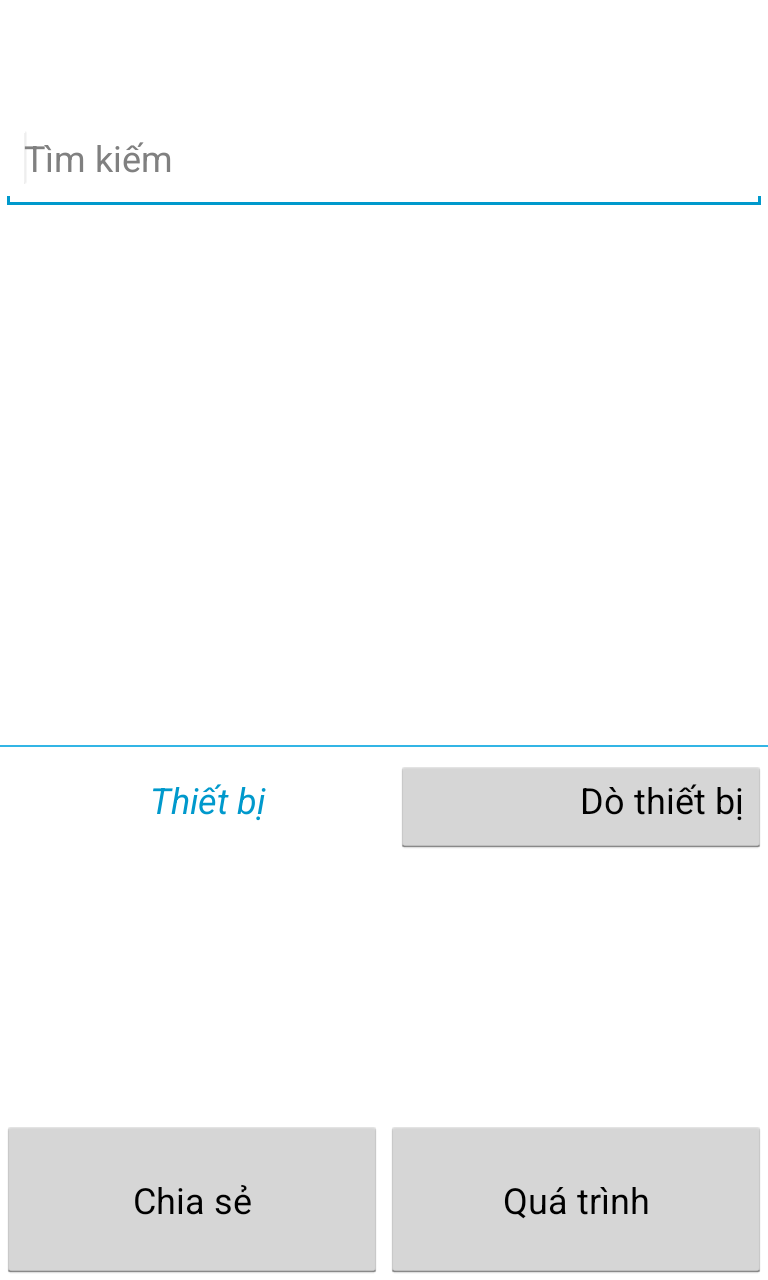
Repository: thinhnk55/android-appshare
Layout: ShareApp/res/layout/activity_main.xml
These files come from the project's save history. The layout is drawn as it stood at one moment and after the next save; the edit follows.
It is drawn on a 768 x 1280 px phone screen (xhdpi) without system bars, with theme AppTheme; the app's code is not run.

Above is the layout before, as saved 2014-07-17 15:51:16.

After the next save:
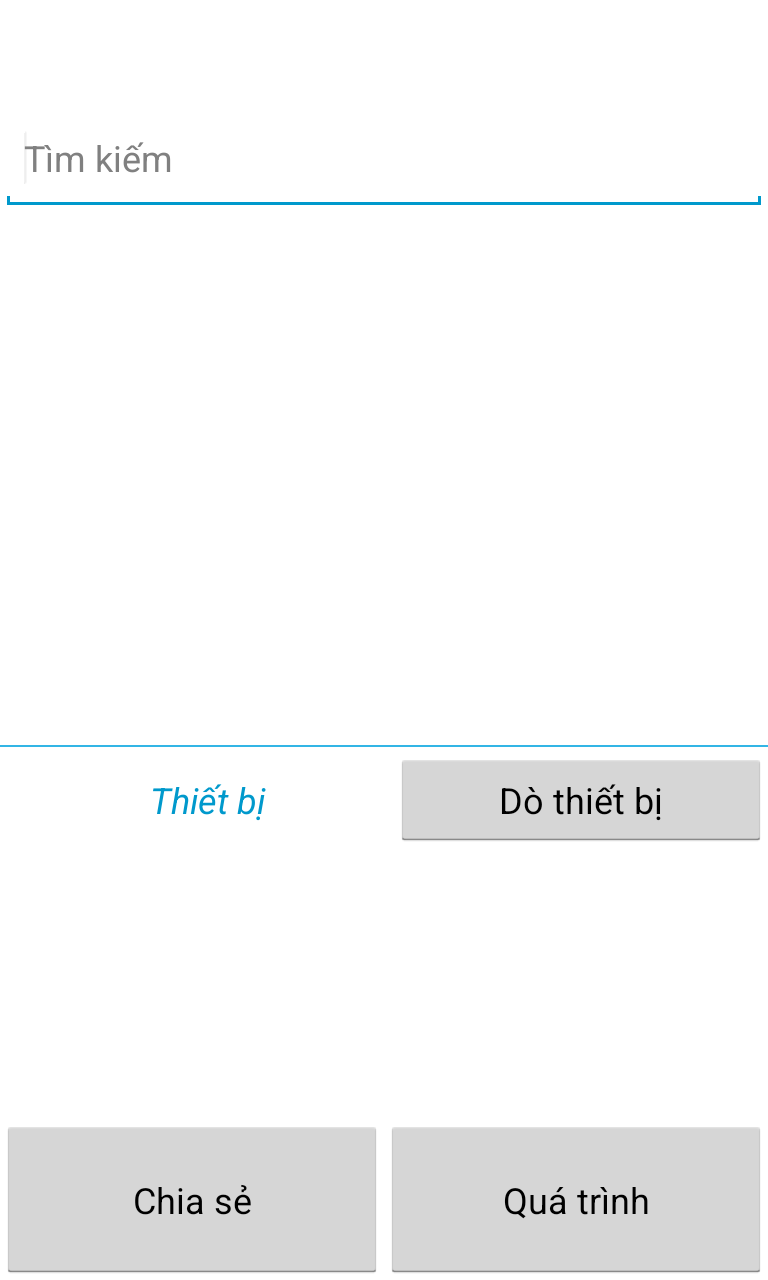
Saved 9 s later.
--- a/ShareApp/res/layout/activity_main.xml
+++ b/ShareApp/res/layout/activity_main.xml
@@ -72,7 +72,8 @@
                     android:layout_width="0dp"
                     android:layout_height="wrap_content"
                     android:layout_weight="10"
-                    android:gravity="right"
+                    android:gravity="center
+                    "
                     android:text="@string/scan" />
 
             </LinearLayout>
